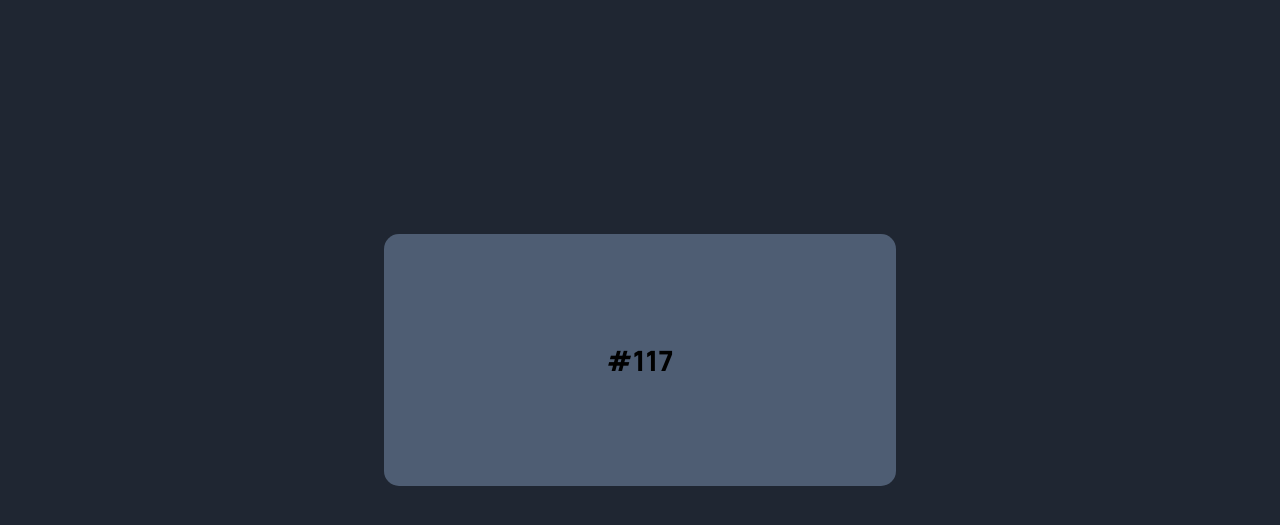
Repository: WindOfCodes/advice-generator-app
Page: index.html
The author's editor kept a copy of each file at every save. The page is drawn from the files as they stood at one save, then again after the next save.
The browser window is 1280 px wide. The pictures show the whole page.

Above is the page before, as saved 2022-11-25 22:07:25.

After the next save:
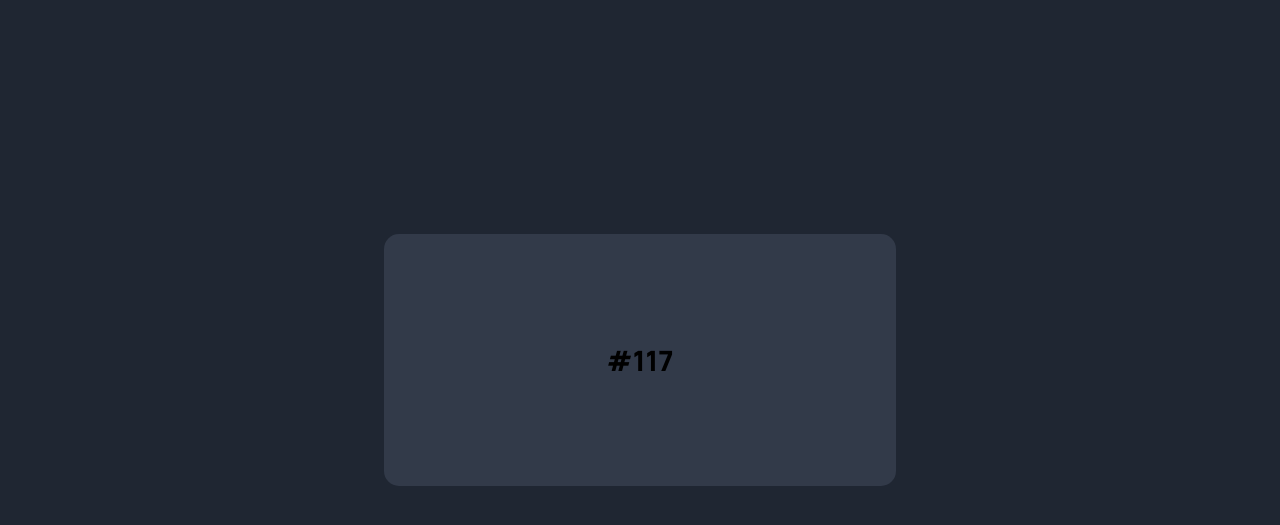
Saved 111 s later.
--- a/styles/main.css
+++ b/styles/main.css
@@ -20,7 +20,7 @@ body {
 }
 
 .card {
-  background-color: hsl(217, 19%, 38%);
+  background-color: hsl(217, 19%, 24%);
   width: 40%;
   min-height: 35%;
   display: flex;
